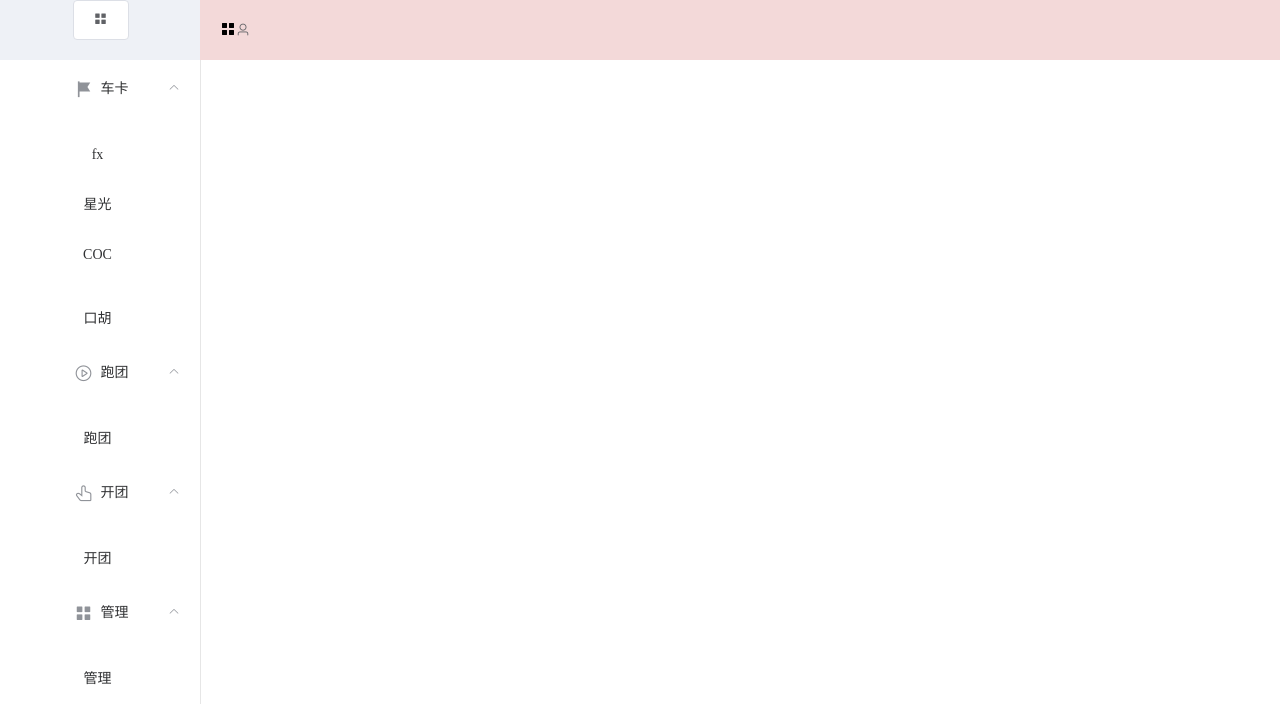
Repository: redlout/ptgkd
Page: /
An editor plug-in stored every save of this project. The page is shown before and after the next save, followed by the edit.
The browser window is 1280 px wide. The pictures show the whole page.
The project was rebuilt for these pictures with package versions that can differ from the ones it lists, and the page was loaded fresh each time. Also part of the build but not shown: src/mock/mock.js, src/views/Login.vue, src/components/SvgIcon/index.vue.

Above is the page before, as saved 2019-09-02 16:55:27.

### index.html
<!DOCTYPE html>
<html>
  <head>
    <meta charset="utf-8">
    <meta name="viewport" content="width=device-width,initial-scale=1.0">
    <title>ptgkd</title>
  </head>
  <body>
    <div id="app"></div>
    <!-- built files will be auto injected -->
  </body>
</html>

<style>
body{
  margin:0;
  padding:0;
}
</style>

### src/main.js
// import '@/styles/index.scss'
// import 'normalize.css/normalize.css'
import Vue from 'vue'
import App from './App'
import router from './router'

import ElementUI from 'element-ui'
import 'element-ui/lib/theme-chalk/index.css'
import api from './http/index'
import './icons'
import store from './store'

Vue.config.productionTip = false
Vue.use(ElementUI);
Vue.use(api);

// Vue.use(api)
/* eslint-disable no-new */
new Vue({
  el: '#app',
  router,
  store,
  render: h => h(App)
})

### src/router/index.js
import Vue from 'vue'
import Router from 'vue-router'
import HelloWorld from '@/views/HelloWorld'
import Login from '@/views/Login'

Vue.use(Router)

const router = new Router({
  routes: [
    {
      path: '/',
      name: 'HelloWorld',
      component: HelloWorld
    },
    {
      path: '/login',
      name: 'Login',
      component: Login
    }
  ]
})

export default router

### src/http/index.js
// 导入所有接口
import apis from './api'

const install = Vue => {
    if (install.installed)
        return;

    install.installed = true;

    Object.defineProperties(Vue.prototype, {
        // 注意，此处挂载在 Vue 原型的 $api 对象上
        $api: {
            get() {
                return apis
            }
        }
    })
}

export default install

### src/icons/index.js
import Vue from 'vue'
import SvgIcon from '@/components/SvgIcon'// svg component

// register globally
Vue.component('svg-icon', SvgIcon)

const req = require.context('./svg', false, /\.svg$/)
const requireAll = requireContext => requireContext.keys().map(requireContext)
requireAll(req)

### src/store/index.js
import Vue from 'vue'
import vuex from 'vuex'

Vue.use(vuex);
import collapse from './modules/collapse.js'
const store = new vuex.Store({
    modules: {
        collapseState: collapse,
        // menu: mymenu
        // 其他
    }
})

export default store

### src/views/HelloWorld.vue
<template>
<div class="container" >
  <el-container style="height: 100%;" direction="vertical">
    <AsideBar></AsideBar>
    <el-container>
      <HeadBar></HeadBar>
      <el-main></el-main>
    </el-container>
  </el-container>
</div>
</template>

<script>
import AsideBar from "../components/AsideBar/index";
import HeadBar from "../components/HeadBar/index";
export default {
  name: "HelloWorld",
  data() {
    return {
      isCollapse: false
    };
  },
  components: {
    AsideBar,
    HeadBar
  },
  methods: {
    logout: function() {
      var _this = this;
      this.$confirm("确认退出吗?", "提示", {
        type: "warning"
      }).then(() => {
        // sessionStorage.removeItem("user");
        this.$router.push("/login");
      });
    }
  }
};
</script>

<style scoped>
  .container {
    position:absolute;
    top: 0px;
    left: 0px;
    right: 0px;
    background: #4b5f6e;
  }
</style>

### src/http/api.js
import axios from './axios'

const login = data =>{
    return axios({
        url: '/login',
        method: 'post',
        data
    })
}

const logout = () =>{
    return axios({

    })
}

export default{
    login,
    logout
}

### src/store/modules/collapse.js
export default {
    state: {
        collapse:false  // 导航栏收缩状态
    },
    getters: {
        collapse(state){// 对应着上面state
            return collapse;
        }
    },
    mutations: {
        collapse(state){  // 改变收缩状态
            state.collapse = !state.collapse;
        }
    },
    actions: {

    }
}

### src/components/AsideBar/index.vue
<template>
  <el-aside width="initial" style="background-color: rgb(238, 241, 246) ">

    <el-radio-group v-model="isCollapse" style="margin-bottom:20px;">
      <el-radio-button :label="collapse">
        <i class="el-icon-menu"></i>
      </el-radio-button>
    </el-radio-group>

    <el-menu
      :default-openeds="['1','2','3','4']"
      class="el-menu-vertical-demo"
      @open="handleOpen"
      @close="handleClose"
      :collapse="isCollapse"
    >
      <el-submenu index="1">
        <template slot="title">
          <i class="el-icon-s-flag"></i>
          <span slot="title">车卡</span>
        </template>
        <el-menu-item-group>
          <el-menu-item index="1-1">fx</el-menu-item>
          <el-menu-item index="1-2">星光</el-menu-item>
          <el-menu-item index="1-3">COC</el-menu-item>
        </el-menu-item-group>
        <el-menu-item-group>
          <el-menu-item index="1-1">口胡</el-menu-item>
        </el-menu-item-group>
      </el-submenu>
      <el-submenu index="2">
        <template slot="title">
          <i class="el-icon-video-play"></i>
          <span slot="title">跑团</span>
        </template>
        <el-menu-item-group>
          <el-menu-item index="2-1">跑团</el-menu-item>
        </el-menu-item-group>
      </el-submenu>
      <el-submenu index="3">
        <template slot="title">
          <i class="el-icon-thumb"></i>
          <span slot="title">开团</span>
        </template>
        <el-menu-item-group>
          <el-menu-item index="3-1">开团</el-menu-item>
        </el-menu-item-group>
      </el-submenu>
      <el-submenu index="4">
        <template slot="title">
          <i class="el-icon-menu"></i>
          <span slot="title">管理</span>
        </template>
        <el-menu-item-group>
          <el-menu-item index="3-1">管理</el-menu-item>
        </el-menu-item-group>
      </el-submenu>
    </el-menu>
  </el-aside>
</template>


<script>
export default {
  name: "AsideBar",
  data() {
    return {
      isCollapse: false
    };
  },
  methods: {
    handleOpen(key, keyPath) {
      // console.log(key, keyPath);
    },
    handleClose(key, keyPath) {
      // console.log(key,keyPath)
    },
    isCollapse: function(){
      this.$store.commit('collapse');
    }
  }
};
</script>

<style>
.el-aside {
  background-color: #d3dce6;
  color: #333;
  text-align: center;
  line-height: 10px;
  position: absolute;
}
.el-menu-vertical-demo:not(.el-menu--collapse) {
  width: 200px;
  min-height: 400px;
}
</style>

### src/components/HeadBar/index.vue
<template>
  <el-header :class="collapse?'menu-bar-collapse-width':'menu-bar-width'">
    <span @click.prevent="collapse">
      <i class="el-icon-menu"></i>
    </span>
    <el-dropdown>
      <i class="el-icon-user" style="margin-right: 15px"></i>
      <el-dropdown-menu slot="dropdown">
        <el-dropdown-item>个人信息</el-dropdown-item>
        <el-dropdown-item>管理</el-dropdown-item>
        <el-dropdown-item divided @click="logout">登出</el-dropdown-item>
      </el-dropdown-menu>
    </el-dropdown>
  </el-header>
  <!-- <el-main></el-main> -->
</template>


<style>
.el-header {
  position: absolute;
  background-color: rgb(243, 217, 217);
  left: 200px;
  right: 0px;
  height: 60px;
  line-height: 60px;
}
  .menu-bar-width{
    left: 200px;
  }
    .menu-bar-collapse-width{
    left: 65px;
  }
</style>

### src/http/axios.js
import axios from 'axios';
import qs from 'qs';
import Cookies from "js-cookie";
import router from "@/router"

export default function $axios(options){
    return new Promise((resolve, reject) => {
      console.log(options)
        const instance = axios.create({
            baseURL: 'http://localhost:8080/',
            headers: {'Content-Type': 'application/json;charset=UTF-8'},
            timeout: '10000',
            transformResponse: [function (data){
            }]
        })
        // request 拦截器
        instance.interceptors.request.use(function(config){
                let token = Cookies.get('token')
                console.log(config)
                if(1){
                    config.headers.accessToken = 111
                }else{
                    //重定向到登陆页面
                    router.push('/login')
                }
                if(config.method === 'post'){
                    if(config.data.__proto__ === FormData.prototype
                        || config.url.endsWith('path')
                        || config.url.endsWith('mark')
                        || config.url.endsWith('patchs')
                        ){
                        }else{
                          config.data = qs.stringify(config.data)
                          console.log(config.data)
                        }
                    }
                    return config
                },
                function (error) {
                // 请求超时
                console.log('request:', error)
                if(error.code === 'ECONNABORTED' && error.message.indexOf('timeout') !== -1){
                    console.log('timeout 请求超时')
                }
                // 重定向到错误页面
                const errorInfo = error.response
                console.log(errorInfo)
                if(errorInfo){
                    error = errorInfo.data
                    const errorStatus = errorInfo.statue; // 404 403 500 ...
                    router.push({
                        path:  `/error/${errorStatus}`
                    })
                }
                return Promise.reject(error)
            }
        )
        console.log(11111111111111)
        instance.interceptors.response.use(function(response){
                let data;
                if(response.data == undefined){
                  data = JSON.parse(response.request.responseText)
                }else{
                    data = response.data
                }

                //根据返回的code 来进行不同的处理
                switch(data.rc){
                    case 1:
                        console.log(data.desc)
                        break;
                    case 0:
                        store.commit('changeState')
                    default:

                }
                return data
            },
            function(err){
              console.log(999999)
                if (err && err.response) {
                    switch (err.response.status) {
                      case 400:
                        err.message = '请求错误'
                        break
                      case 401:
                        err.message = '未授权，请登录'
                        break
                      case 403:
                        err.message = '拒绝访问'
                        break
                      case 404:
                        err.message = `请求地址出错: ${err.response.config.url}`
                        break
                      case 408:
                        err.message = '请求超时'
                        break
                      case 500:
                        err.message = '服务器内部错误'
                        break
                      case 501:
                        err.message = '服务未实现'
                        break
                      case 502:
                        err.message = '网关错误'
                        break
                      case 503:
                        err.message = '服务不可用'
                        break
                      case 504:
                        err.message = '网关超时'
                        break
                      case 505:
                        err.message = 'HTTP版本不受支持'
                        break
                      default:
                    }
                  }
                  console.error(err)
                  return Promise.reject(err)
            }
        )
        //请求处理
        instance(options).then(res => {
          console.log(2222222)
            resolve(res)
            return false
        }).catch(error => {
          console.log(33333)
            reject(error)
        })
        console.log(4444)
    })
}

Loaded but not shown: src/App.vue (common file)

After the next save:
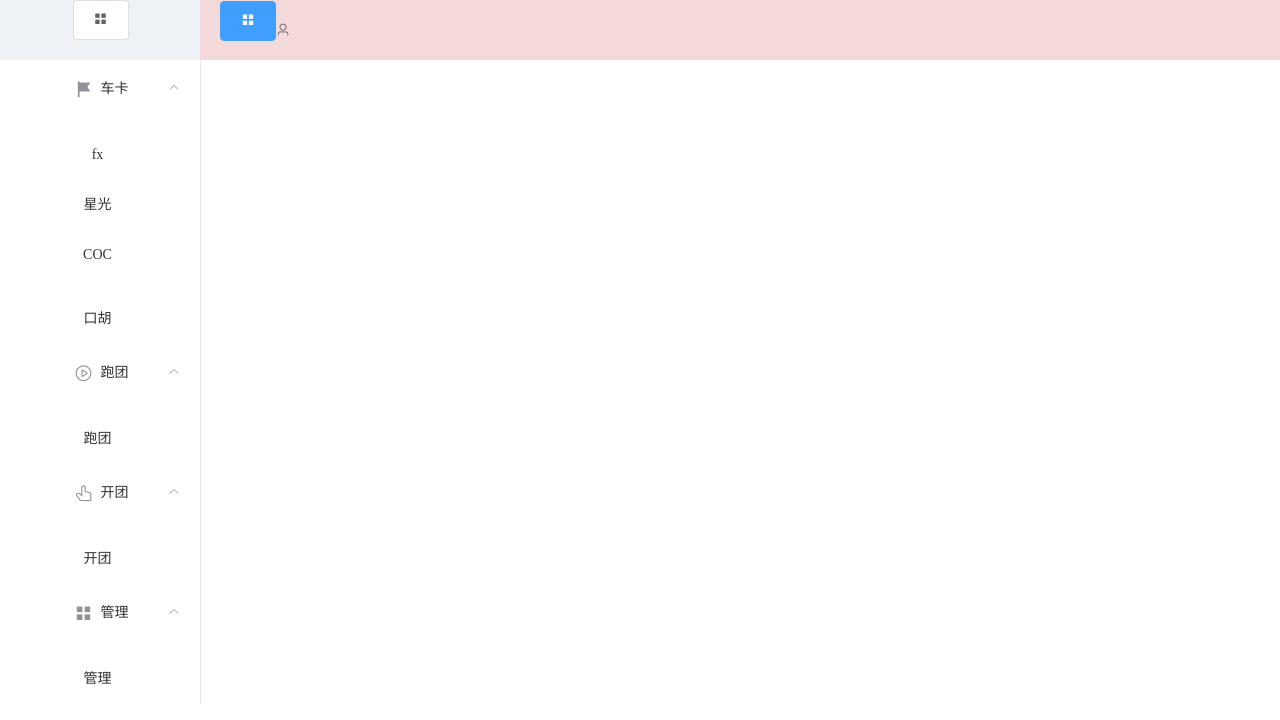
Saved 84 s later.
--- a/src/components/HeadBar/index.vue
+++ b/src/components/HeadBar/index.vue
@@ -1,8 +1,10 @@
 <template>
   <el-header :class="collapse?'menu-bar-collapse-width':'menu-bar-width'">
-    <span @click.prevent="collapse">
-      <i class="el-icon-menu"></i>
-    </span>
+    <el-radio-group v-model="isCollapse" style="margin-bottom:20px;">
+      <el-radio-button :label="collapse">
+        <i class="el-icon-menu"></i>
+      </el-radio-button>
+    </el-radio-group>
     <el-dropdown>
       <i class="el-icon-user" style="margin-right: 15px"></i>
       <el-dropdown-menu slot="dropdown">
